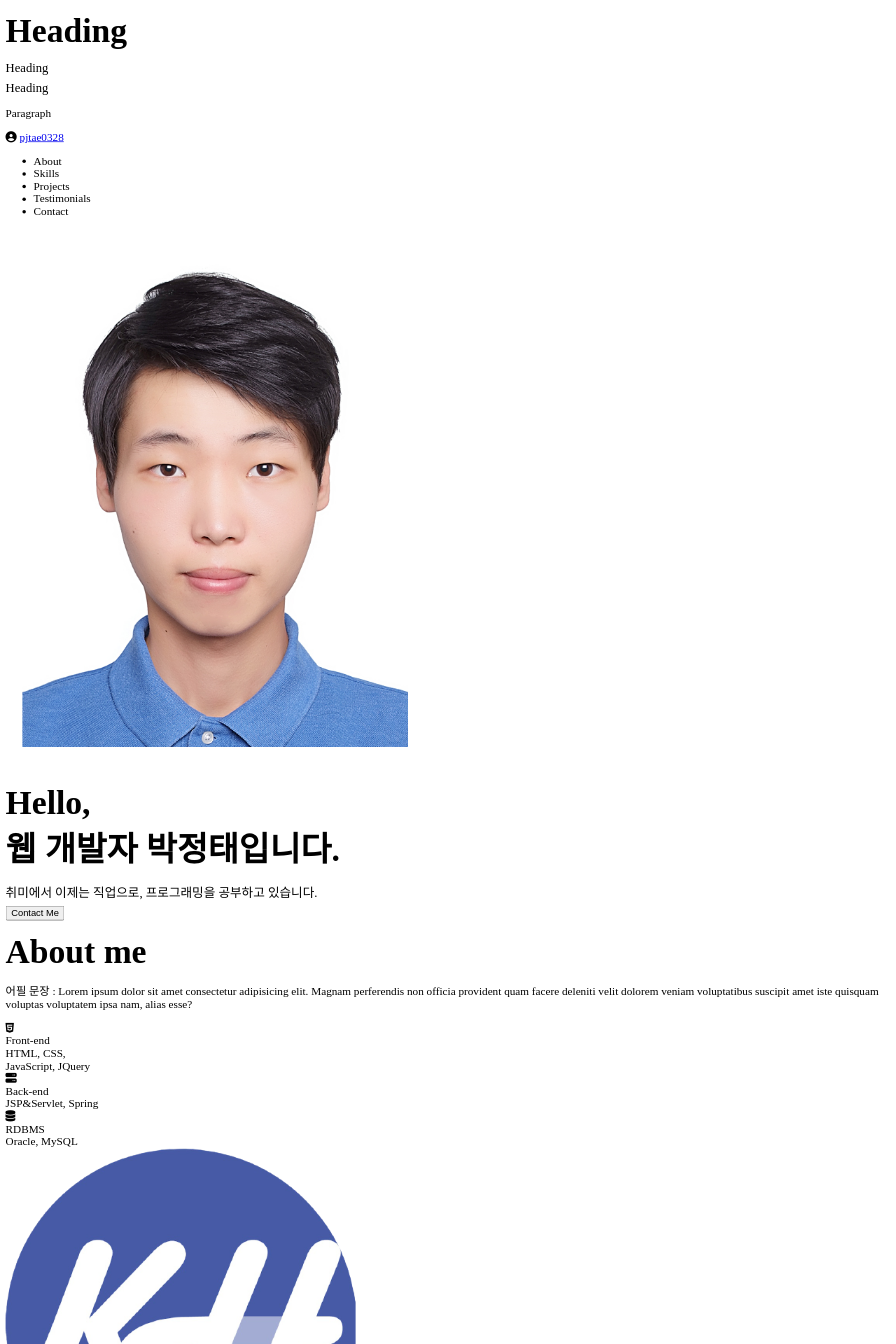
Repository: pjtae0328/Portfolio
Page: index.html
The author's editor kept a copy of each file at every save. The page is drawn from the files as they stood at one save, then again after the next save.
The browser window is 1280 px wide. The pictures show the part of the page from y = 0 to 1920 px (the page is 6704 px tall before and 6444 px after), at 70% of full size.
Some web libraries are served in a nearby version.

Above is the page before, as saved 2021-09-02 21:08:24.

After the next save:
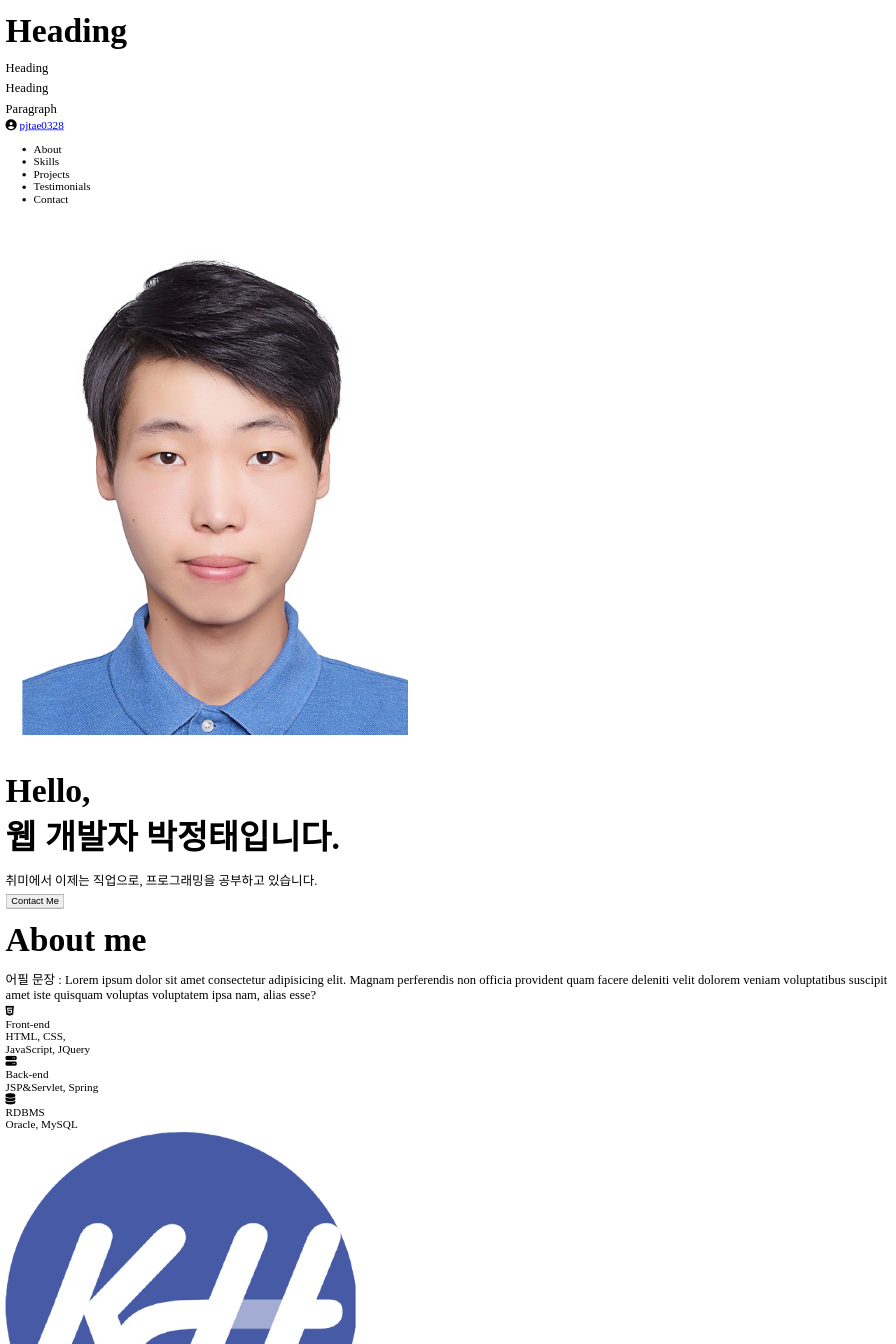
Saved 24 s later.
--- a/style.css
+++ b/style.css
@@ -57,3 +57,10 @@
   color: var(--color-black);
   margin: 8px 0;
 }
+
+p {
+  font-size: var(--font-regular);
+  font-weight: var(--weight-regular);
+  color: var(--color-black);
+  margin: 4px 0;
+}
